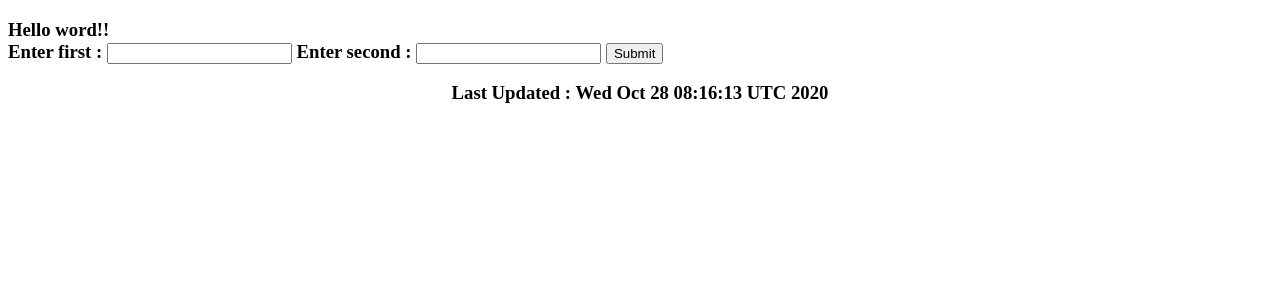
Repository: Gyepike/JSP
Page: http://localhost/TesLusko_ServletJSP/Test.jsp
These files come from the project's save history. The page is drawn as it stood at one moment and after the next save; the edit follows.
The browser window is 1280 px wide. The pictures show the whole page.
The page is served by Tomcat 9.

Above is the page before, as saved 2020-11-03 22:45:11.

After the next save:
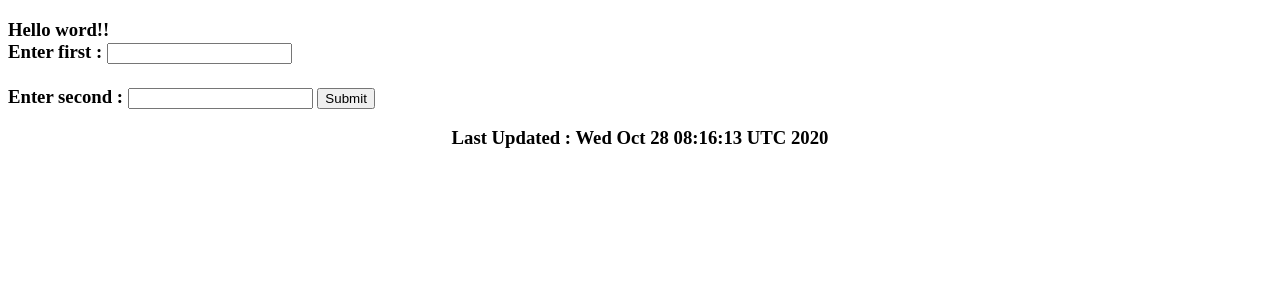
Saved 41 s later.
--- a/TesLusko_ServletJSP/WebContent/Test.jsp
+++ b/TesLusko_ServletJSP/WebContent/Test.jsp
@@ -9,7 +9,7 @@
 <body>
    <% out.println("<h3>Hello word!! <h/3>");  %>
    <form>
-      Enter first : <input type="text" name="num1">
+      Enter first : <input type="text" name="num1"> <br/> <br/>
       Enter second : <input type="text" name="num2">
       <input type="submit">
    </form>
